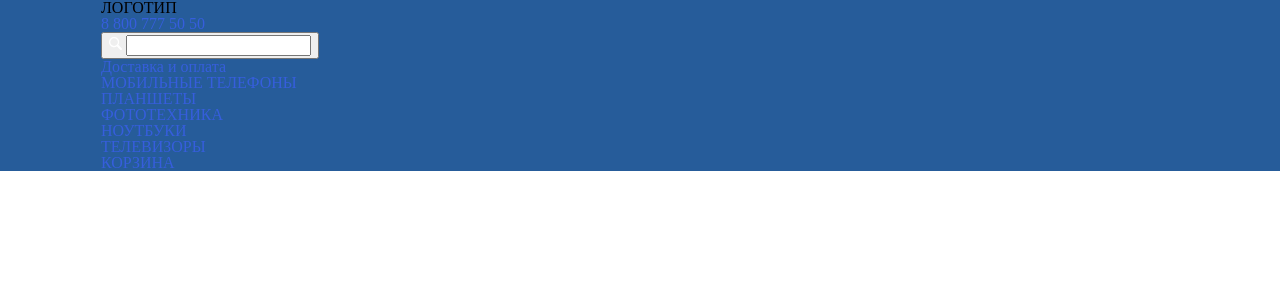
Repository: sem1103/WEBCompany
Page: index.html
An editor plug-in stored every save of this project. The page is shown before and after the next save, followed by the edit.
The browser window is 1280 px wide. The pictures show the whole page.

Above is the page before, as saved 2024-01-11 18:33:10.

After the next save:
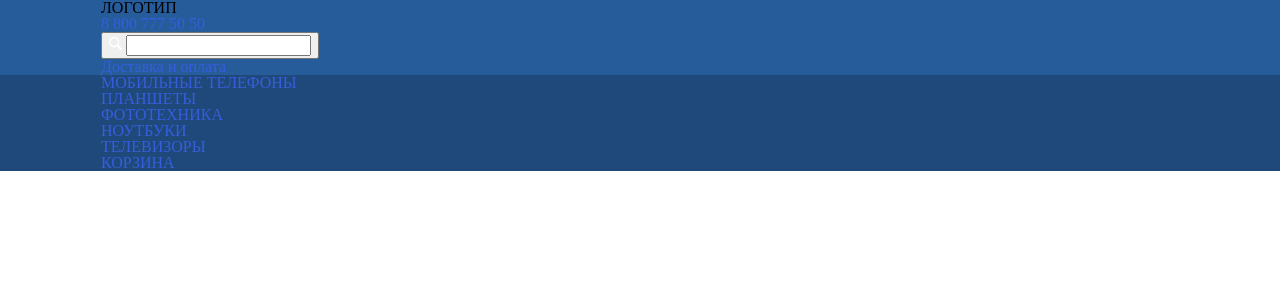
Saved 14 s later.
--- a/styles/main.css
+++ b/styles/main.css
@@ -10,3 +10,6 @@
 header{
     background: var(--blue);
 }
+nav{
+    background: var(--darkBlue);
+}
